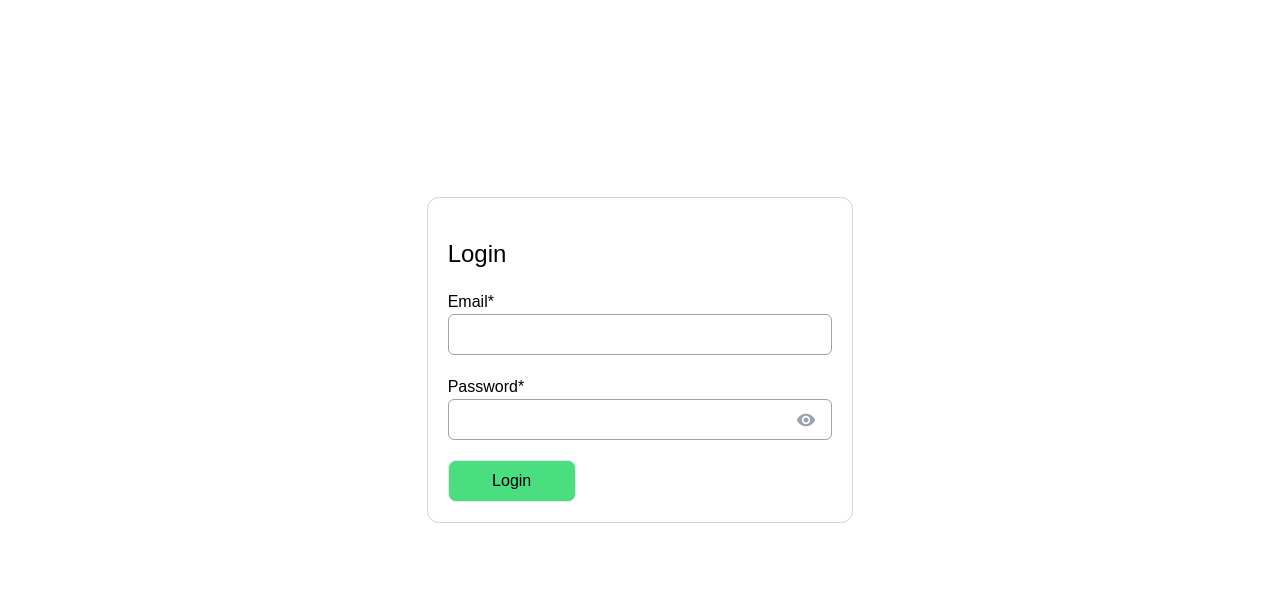
Repository: Qu4ntumGuy/support-ai
Page: /auth (app in frontend/)
An editor plug-in stored every save of this project. The page is shown before and after the next save, followed by the edit.
The browser window is 1280 px wide. The pictures show the whole page.
The project was rebuilt for these pictures with package versions that can differ from the ones it lists, and the page was loaded fresh each time.

Above is the page before, as saved 2024-07-13 21:21:37.

After the next save:
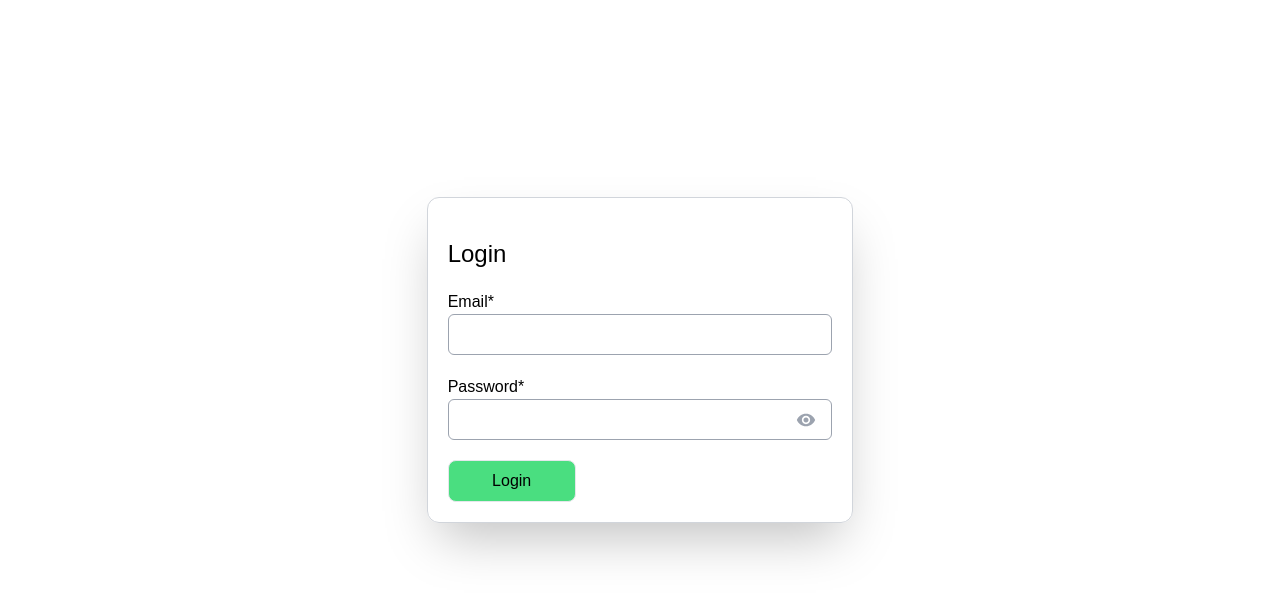
Saved 11 s later.
--- a/frontend/src/Pages/Auth/Auth.js
+++ b/frontend/src/Pages/Auth/Auth.js
@@ -26,7 +26,7 @@ function Auth() {
 
   return (
     <div className="flex h-screen justify-center items-center">
-      <div className="border border-gray-300 rounded-xl p-5 w-full md:w-1/2 m-5 shadow-black xl:w-1/3 2xl:w-[30%]">
+      <div className="border border-gray-300 rounded-xl p-5 w-full md:w-1/2 m-5 shadow-2xl xl:w-1/3 2xl:w-[30%]">
         <div className="text-2xl my-5">Login</div>
         <div>
           <form>
